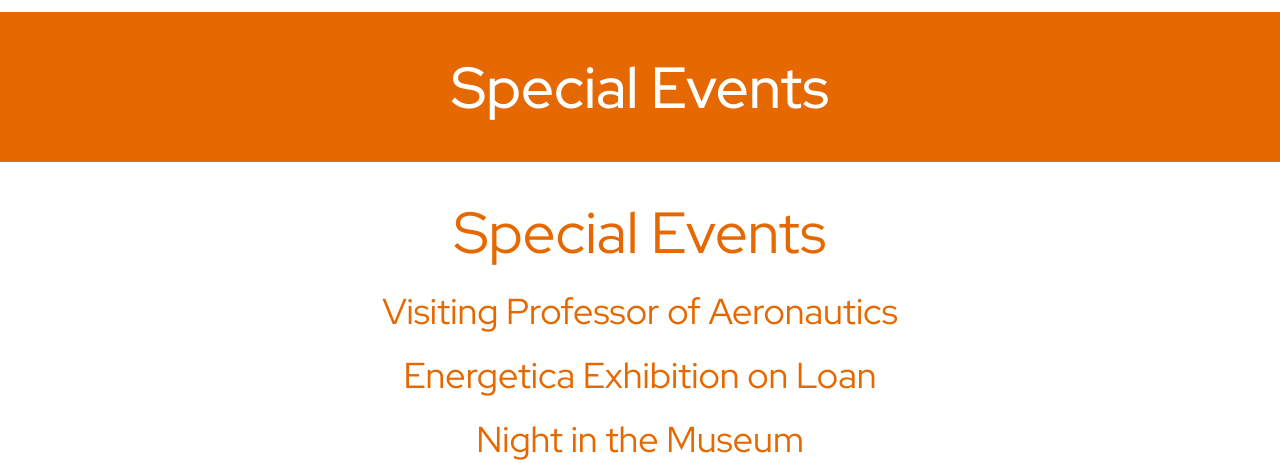
Repository: benjaminskarding/Semester-Project
Page: index.html
An editor plug-in stored every save of this project. The page is shown before and after the next save, followed by the edit.
The browser window is 1280 px wide. The pictures show the part of the page from y = 5117 to 5580 px (the page is 5580 px tall).
A picture or video elsewhere on the page could not be fetched, so the positions and the page height are approximate.

Above is the page before, as saved 2023-12-01 17:04:30.

After the next save:
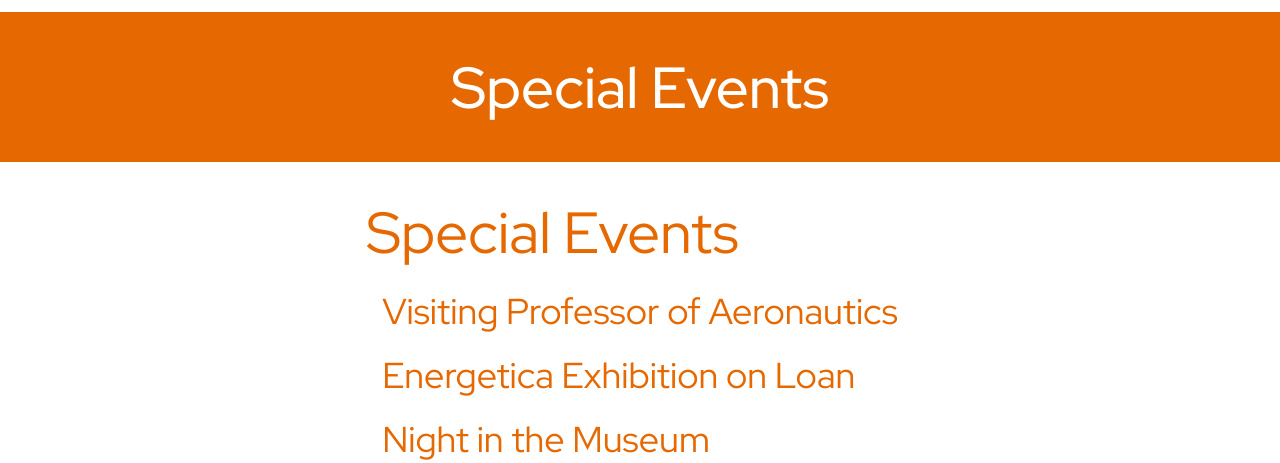
Saved 24 s later.
--- a/index.html
+++ b/index.html
@@ -269,10 +269,12 @@
     </div>
 
     <div class="specEvents">
-        <h3 class="orange regular">Special Events</h3>
-        <h5 class="orange regular">Visiting Professor of Aeronautics</h5>
-        <h5 class="orange regular">Energetica Exhibition on Loan</h5>
-        <h5 class="orange regular">Night in the Museum</h5>
+        <div class="specContent">
+            <h3 class="orange regular">Special Events</h3>
+            <h5 class="orange regular">Visiting Professor of Aeronautics</h5>
+            <h5 class="orange regular">Energetica Exhibition on Loan</h5>
+            <h5 class="orange regular">Night in the Museum</h5>
+        </div>
     </div>
 
 </body>

After the 4 saves that followed:
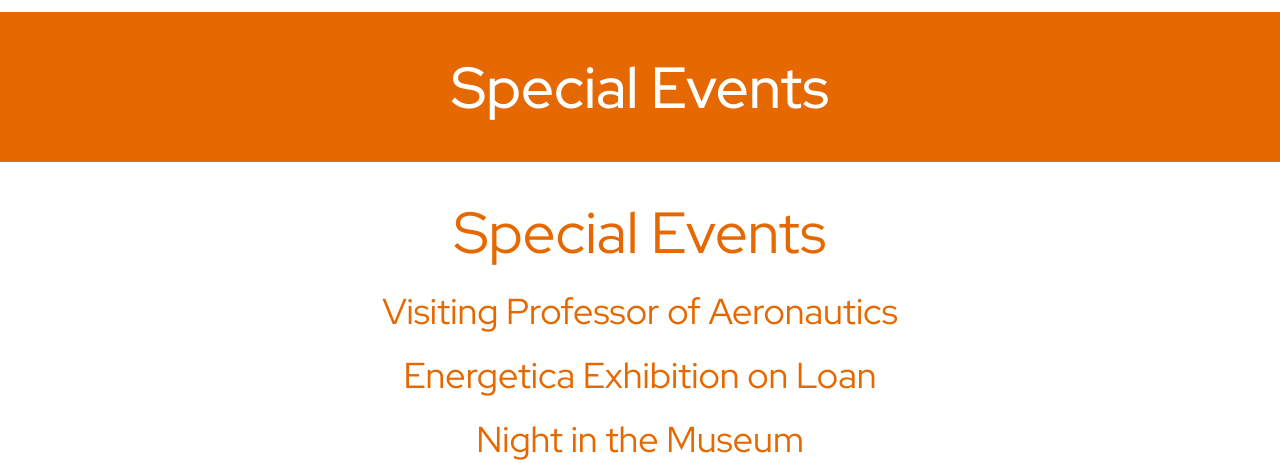
The 4 saves are shown as one change because 2 left the picture as it was and some came seconds apart.
The last was saved 37 s later.
--- a/src/css/index.css
+++ b/src/css/index.css
@@ -365,3 +365,9 @@ h4 {
     align-items: center;
     margin-top: 2rem;
 }
+
+.specContent {
+    justify-content: center;
+    align-items: center;
+    text-align: center;
+}
